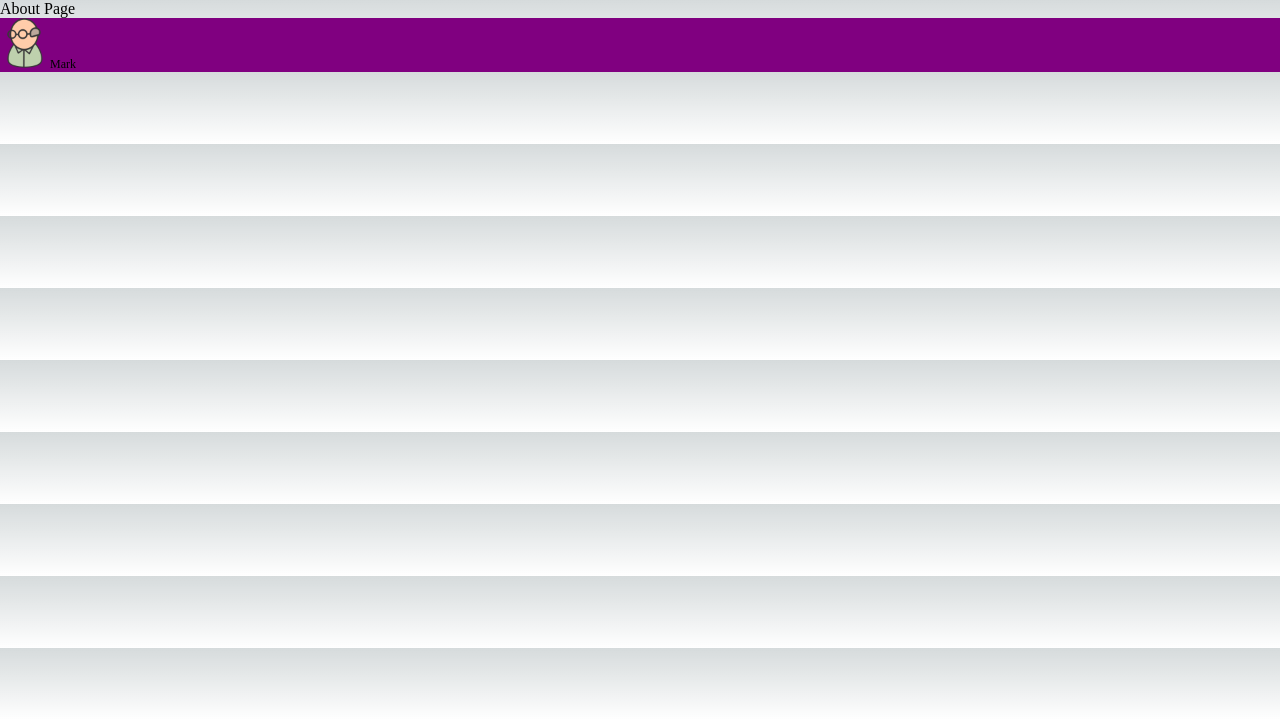
Repository: TeoEstrada9/Week-3-example
Page: /about
The author's editor kept a copy of each file at every save. The page is drawn from the files as they stood at one save, then again after a run of saves.
The browser window is 1280 px wide. The pictures show the whole page.
The project was rebuilt for these pictures with package versions that can differ from the ones it lists, and the page was loaded fresh each time. The framework's server and built-in components were replaced by stand-ins that run in the browser. Also part of the build but not shown: next.config.js.

Above is the page before, as saved 2023-01-19 17:54:15.

### pages/about.js
import data from '../Data/employees.json'
import { useState } from 'react';
import Card from '../Components/Employees'

export default function About() {
    console.log(data);
  const [information, setInformation] = useState([...data])

    return (
        <>About Page
          {information && information.map((info, index) => {
            if(info.employeeName === "Mark")
            return(
              <Card key={index} name={info.employeeName} colour="purple" font="12px"/>
            )

          })}
          {information && information.map((info, index) => {

          })}
        </>
    )


}

### styles/globals.css
:root {
  --max-width: 1100px;
  --border-radius: 12px;
  --font-mono: ui-monospace, Menlo, Monaco, 'Cascadia Mono', 'Segoe UI Mono',
    'Roboto Mono', 'Oxygen Mono', 'Ubuntu Monospace', 'Source Code Pro',
    'Fira Mono', 'Droid Sans Mono', 'Courier New', monospace;

  --foreground-rgb: 0, 0, 0;
  --background-start-rgb: 214, 219, 220;
  --background-end-rgb: 255, 255, 255;

  --primary-glow: conic-gradient(
    from 180deg at 50% 50%,
    #16abff33 0deg,
    #0885ff33 55deg,
    #54d6ff33 120deg,
    #0071ff33 160deg,
    transparent 360deg
  );
  --secondary-glow: radial-gradient(
    rgba(255, 255, 255, 1),
    rgba(255, 255, 255, 0)
  );

  --tile-start-rgb: 239, 245, 249;
  --tile-end-rgb: 228, 232, 233;
  --tile-border: conic-gradient(
    #00000080,
    #00000040,
    #00000030,
    #00000020,
    #00000010,
    #00000010,
    #00000080
  );

  --callout-rgb: 238, 240, 241;
  --callout-border-rgb: 172, 175, 176;
  --card-rgb: 180, 185, 188;
  --card-border-rgb: 131, 134, 135;
}

@media (prefers-color-scheme: dark) {
  :root {
    --foreground-rgb: 255, 255, 255;
    --background-start-rgb: 0, 0, 0;
    --background-end-rgb: 0, 0, 0;

    --primary-glow: radial-gradient(rgba(1, 65, 255, 0.4), rgba(1, 65, 255, 0));
    --secondary-glow: linear-gradient(
      to bottom right,
      rgba(1, 65, 255, 0),
      rgba(1, 65, 255, 0),
      rgba(1, 65, 255, 0.3)
    );

    --tile-start-rgb: 2, 13, 46;
    --tile-end-rgb: 2, 5, 19;
    --tile-border: conic-gradient(
      #ffffff80,
      #ffffff40,
      #ffffff30,
      #ffffff20,
      #ffffff10,
      #ffffff10,
      #ffffff80
    );

    --callout-rgb: 20, 20, 20;
    --callout-border-rgb: 108, 108, 108;
    --card-rgb: 100, 100, 100;
    --card-border-rgb: 200, 200, 200;
  }
}

* {
  box-sizing: border-box;
  padding: 0;
  margin: 0;
}

html,
body {
  max-width: 100vw;
  overflow-x: hidden;
}

body {
  color: rgb(var(--foreground-rgb));
  background: linear-gradient(
      to bottom,
      transparent,
      rgb(var(--background-end-rgb))
    )
    rgb(var(--background-start-rgb));
}

a {
  color: inherit;
  text-decoration: none;
}



@media (prefers-color-scheme: dark) {
  html {
    color-scheme: dark;
  }
}



.title1 {
  font-size: 15px;
  font-family: var(--font-mono);

}
.title2 {
  font-size: 15px;
  font-family: var(--font-mono);

}

.Home_grid__GxQ85 {
  margin: auto;
}

.about-button > p {
  background-color: red;

}

main {
  background-image: url("https://images.unsplash.com/photo-1671957949297-348482748863?ixlib=rb-4.0.3&ixid=MnwxMjA3fDB8MHxwaG90by1wYWdlfHx8fGVufDB8fHx8&auto=format&fit=crop&w=1740&q=80");
}

### Data/employees.json
[

    {
        "employeeName": "Mark",
        "wage": 45000,
        "jobTitle": "UI Designer",
        "yearWorked": 2
    },

    {
        "employeeName": "Maya",
        "wage": 35000,
        "jobTitle": "Marketer",
        "yearWorked": 5
    },

    {
        "employeeName": "James",
        "wage": 65000,
        "jobTitle": "Programmer",
        "yearWorked": 10

    }

]

### Components/Employees/index.js
export default function Card({
    name = "none",
    colour = "purple",
    font = "0",
    image = "icon/personTwo.png"
}) {
    return (
        <div style={{backgroundColor: colour, fontSize: font}}>
            {
                colour === "green" ? <img src={'icon/person.png'}width="50"/> :
                colour === "purple" ? <img src={'icon/personThree.png'}width="50"/> :
                                    <img src={'icon/person.png'}width="50"/>
            }
            {name}

        </div>
    )
}

Loaded but not shown: pages/_app.js (common file); pages/_document.js (common file)

After the next 15 saves:
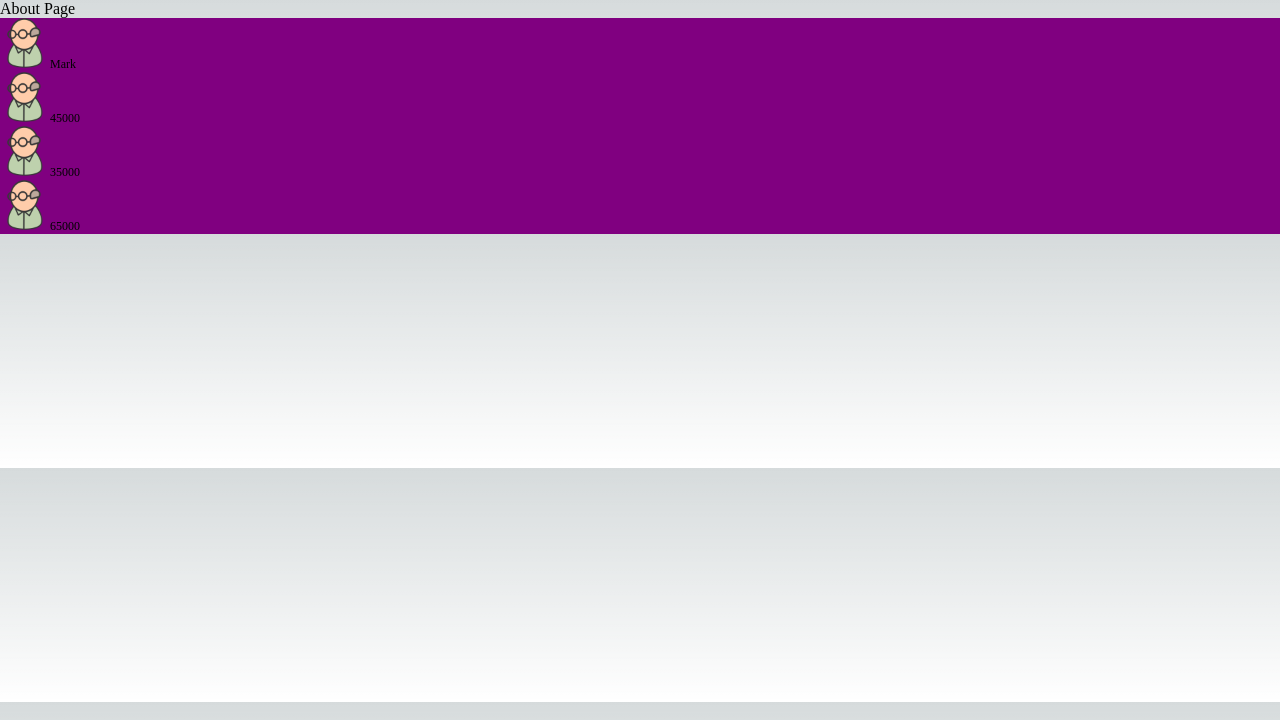
The 15 saves are shown as one change because 3 did not build or start and some came seconds apart.
The last was saved 56 s later.
--- a/pages/about.js
+++ b/pages/about.js
@@ -16,6 +16,9 @@ export default function About() {
 
           })}
           {information && information.map((info, index) => {
+            return(
+              <Card key={index} name={info.wage} colour="purple" font='12px'/>
+            )
 
           })}
         </>
